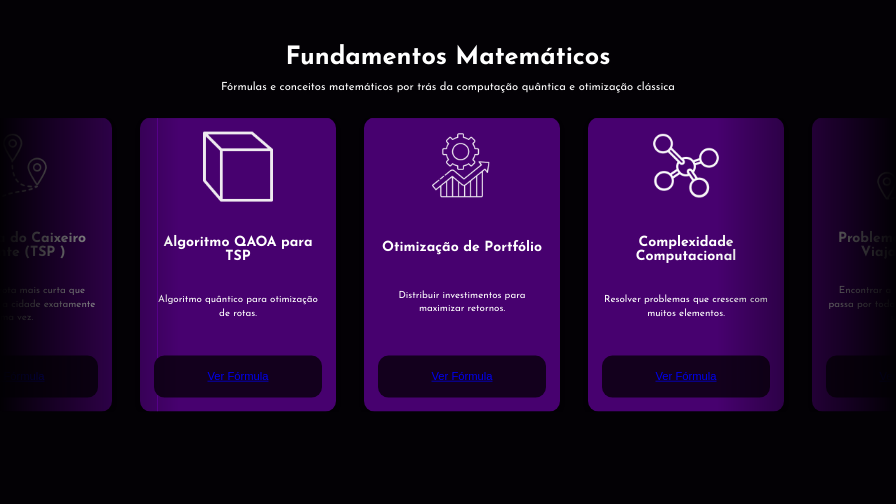
Repository: Everson9/Projeto-de-escalabilidade-quantica-definitivo
Page: fundamentos.html
These files come from the project's save history. The page is drawn as it stood at one moment and after the next save; the edit follows.
The browser window is 1280 px wide. The pictures show the part of the page from y = 0 to 1920 px (the page is 720 px tall before and 3528 px after), at 70% of full size.

Above is the page before, as saved 2025-10-01 09:54:11.

### fundamentos.html
<!DOCTYPE html>
<html lang="pt-br">
<head>
    <meta charset="UTF-8">
    <meta name="viewport" content="width=device-width, initial-scale=1.0">
    <title>Carrossel Infinito</title>
    <link rel="stylesheet" href="fundamentos.css">
    <link href="https://fonts.googleapis.com/css2?family=Josefin+Sans:wght@400;700&display=swap" rel="stylesheet">
</head>
<body>

    <div class="fundamentos-matematicos">
        <h1>Fundamentos Matemáticos</h1>
        <p>Fórmulas e conceitos matemáticos por trás da computação quântica e otimização clássica</p>
    </div>

    <!-- Container do Carrossel -->
    <div class="carousel-container">
        <div class="carousel-track">
            <!-- Cards Originais -->
            <div class="formula_1">
                <img src="imgs_icones/CaixeiroViajante.png" alt="Ícone do Problema do Caixeiro Viajante">
                <h4>Problema do Caixeiro Viajante (TSP )</h4>
                <p>Encontrar a rota mais curta que passa por toda a cidade exatamente uma vez.</p>
                <button class="button"><a href="caixeiroviajante.html">Ver Fórmula</a></button>
            </div>
            <div class="formula_1">
                <img src="imgs_icones/QAOA.png" alt="Ícone do Algoritmo QAOA">
                <h4>Algoritmo QAOA para TSP</h4>
                <p>Algoritmo quântico para otimização de rotas.</p>
                <button class="button"><a href="AlgoritmoQAOA.html">Ver Fórmula</a></button>
            </div>
            <div class="formula_1">
                <img src="imgs_icones/OtimizacaoPortfolio.png" alt="Ícone de Otimização de Portfólio">
                <h4>Otimização de Portfólio</h4>
                <p>Distribuir investimentos para maximizar retornos.</p>
                <button class="button"><a href="Portifolio.html">Ver Fórmula</a></button>
            </div>
            <div class="formula_1">
                <img src="imgs_icones/ComplexidadeComputacional.png" alt="Ícone de Complexidade Computacional">
                <h4>Complexidade Computacional</h4>
                <p>Resolver problemas que crescem com muitos elementos.</p>
                <button class="button"><a href="Complexidade.html">Ver Fórmula</a></button>
            </div>

            <!-- Cards Duplicados para o Efeito Infinito -->
            <div class="formula_1">
                <img src="imgs_icones/CaixeiroViajante.png" alt="Ícone do Problema do Caixeiro Viajante">
                <h4>Problema do Caixeiro Viajante (TSP)</h4>
                <p>Encontrar a rota mais curta que passa por toda a cidade exatamente uma vez.</p>
                <button class="button"><a href="caixeiroviajante.html">Ver Fórmula</a></button>
            </div>
            <div class="formula_1">
                <img src="imgs_icones/QAOA.png" alt="Ícone do Algoritmo QAOA">
                <h4>Algoritmo QAOA para TSP</h4>
                <p>Algoritmo quântico para otimização de rotas.</p>
                <button class="button"><a href="AlgoritmoQAOA.html">Ver Fórmula</a></button>
            </div>
            <div class="formula_1">
                <img src="imgs_icones/OtimizacaoPortfolio.png" alt="Ícone de Otimização de Portfólio">
                <h4>Otimização de Portfólio</h4>
                <p>Distribuir investimentos para maximizar retornos.</p>
                <button class="button"><a href="Portifolio.html">Ver Fórmula</a></button>
            </div>
            <div class="formula_1">
                <img src="imgs_icones/ComplexidadeComputacional.png" alt="Ícone de Complexidade Computacional">
                <h4>Complexidade Computacional</h4>
                <p>Resolver problemas que crescem com muitos elementos.</p>
                <button class="button"><a href="Complexidade.html">Ver Fórmula</a></button>
            </div>
        </div>
    </div>

</body>
</html>

### fundamentos.css
body {
    background-color: #030105;
    font-family: 'Josefin Sans', sans-serif;
    color: #fff;
    margin: 0;
    padding: 0;
    display: flex;
    flex-direction: column;
    align-items: center;
    justify-content: flex-start;
    text-decoration: none;
    overflow-x: hidden; /* Esconde a barra de rolagem horizontal */
}

.fundamentos-matematicos {
    text-align: center;
    color: white;
    margin-top: 40px;
    margin-bottom: 20px;
}

h1 {
    font-size: 36px;
    margin-bottom: 10px;
}

/* Estilos dos Cards */
.formula_1 {
    width: 240px;
    height: 380px;
    background-color: #7703BA96;
    border-radius: 15px;
    padding: 20px;
    display: flex;
    flex-direction: column;
    justify-content: space-between;
    box-shadow: 0 4px 8px rgba(0, 0, 0, 0.2);
    margin: 0 20px; /* Espaçamento entre os cards */
    flex-shrink: 0; /* Impede que os cards encolham */
}

.formula_1 h4 {
    font-size: 20px;
    margin-bottom: 10px;
    text-align: center;
}

.formula_1 img {
    width: 100px;
    height: 100px;
    margin: 0 auto;
}

.formula_1 p {
    text-align: center;
    font-size: 14px;
    line-height: 1.4;
    margin-top: 10px;
}

.button {
    background-color: #030105C2;
    border: none;
    padding: 10px;
    color: white;
    font-size: 16px;
    text-align: center;
    height: 60px;
    border-radius: 15px;
    cursor: pointer;
    text-decoration: none;
    margin-top: 15px;
    transition: background-color 0.3s;
}

.button:hover {
    background-color: #ffffffc2;
    color: #030105;
}

/* --- Novas Classes para o Carrossel --- */

.carousel-container {
    width: 100%;
    display: flex;
    justify-content: flex-start; /* Alinha a trilha no início */
    overflow: hidden; /* Essencial para esconder o que está fora da tela */
    -webkit-mask-image: linear-gradient(to right, transparent, black 20%, black 80%, transparent);
    mask-image: linear-gradient(to right, transparent, black 20%, black 80%, transparent);
}

.carousel-track {
    display: flex; /* Coloca os cards em linha */
    animation: scroll 40s linear infinite; /* Aplica a animação */
}

.carousel-container:hover .carousel-track {
    animation-play-state: paused; /* Pausa a animação ao passar o mouse */
}

/* Animação de Rolagem */
@keyframes scroll {
    0% {
        transform: translateX(0);
    }
    100% {
        /* Move a trilha para a esquerda pelo tamanho exato da primeira metade dos cards */
        /* (240px de largura + 40px de margem) * 4 cards = 1120px */
        transform: translateX(calc(-280px * 4));
    }
}

After the next save:
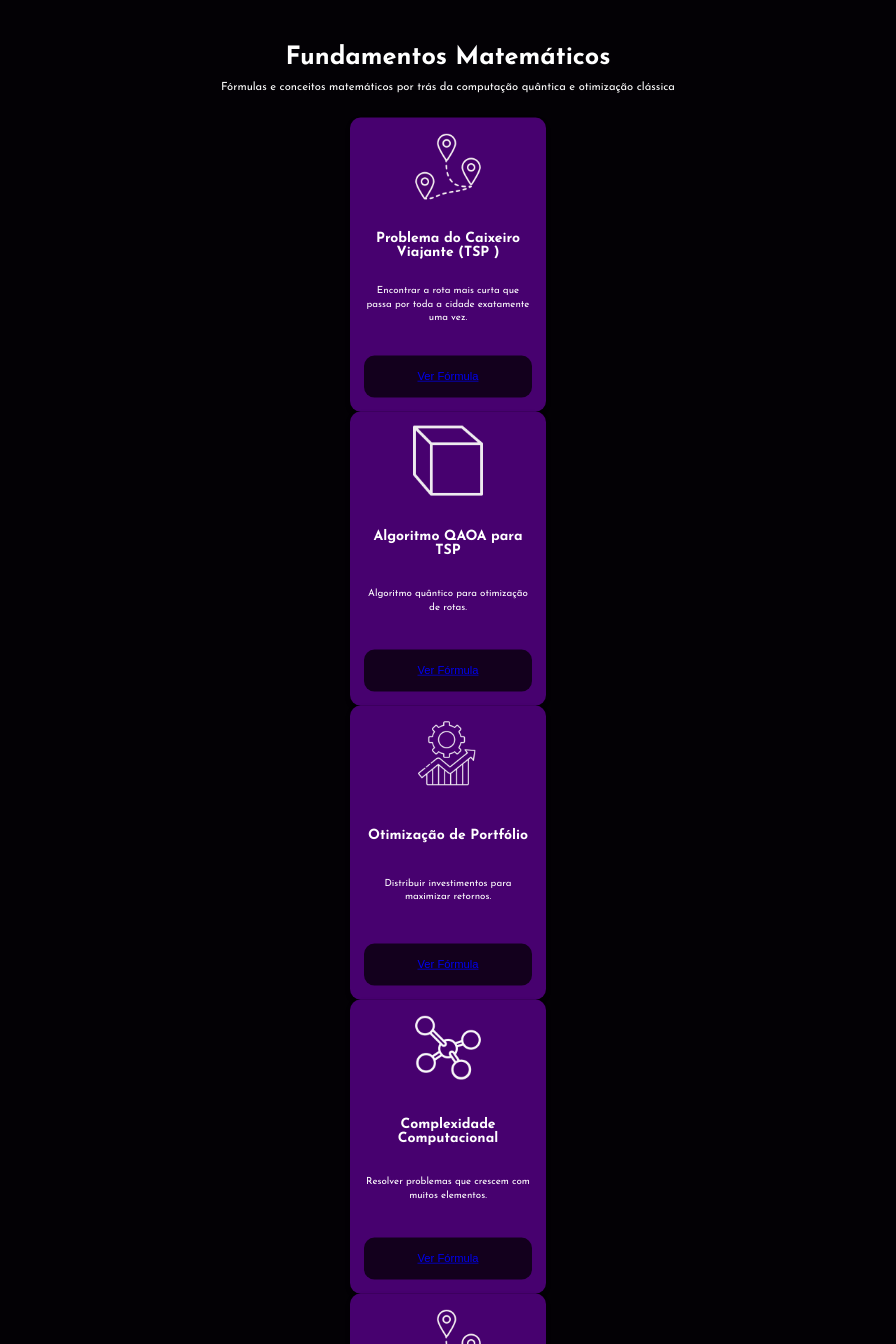
Saved 9 s later.
--- a/fundamentos.css
+++ b/fundamentos.css
@@ -79,33 +79,3 @@
 }
 
 /* --- Novas Classes para o Carrossel --- */
-
-.carousel-container {
-    width: 100%;
-    display: flex;
-    justify-content: flex-start; /* Alinha a trilha no início */
-    overflow: hidden; /* Essencial para esconder o que está fora da tela */
-    -webkit-mask-image: linear-gradient(to right, transparent, black 20%, black 80%, transparent);
-    mask-image: linear-gradient(to right, transparent, black 20%, black 80%, transparent);
-}
-
-.carousel-track {
-    display: flex; /* Coloca os cards em linha */
-    animation: scroll 40s linear infinite; /* Aplica a animação */
-}
-
-.carousel-container:hover .carousel-track {
-    animation-play-state: paused; /* Pausa a animação ao passar o mouse */
-}
-
-/* Animação de Rolagem */
-@keyframes scroll {
-    0% {
-        transform: translateX(0);
-    }
-    100% {
-        /* Move a trilha para a esquerda pelo tamanho exato da primeira metade dos cards */
-        /* (240px de largura + 40px de margem) * 4 cards = 1120px */
-        transform: translateX(calc(-280px * 4));
-    }
-}
